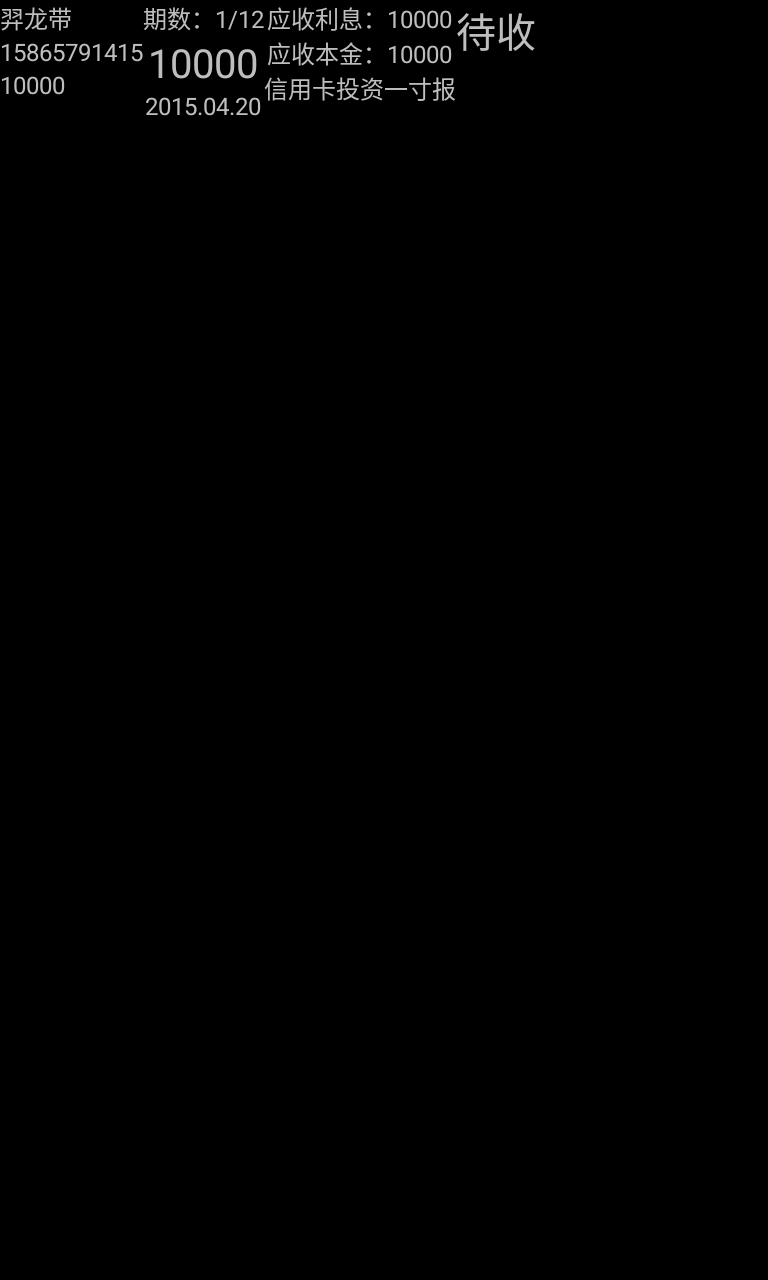
Repository: gongxinge/money-android
Layout: P2P/res/layout/billdetaillistitem.xml
The author's editor kept a copy of each file at every save. The layout is drawn from the files as they stood at one save, then again after the next save.
It is drawn on a 768 x 1280 px phone screen (xhdpi) without system bars, with theme android:Theme; the app's code is not run.

Above is the layout before, as saved 2015-06-02 14:49:18.

### P2P/res/layout/billdetaillistitem.xml
<?xml version="1.0" encoding="utf-8"?>
<LinearLayout xmlns:android="http://schemas.android.com/apk/res/android"
    android:layout_width="match_parent"
    android:layout_height="match_parent"
    android:orientation="horizontal" >

    <LinearLayout
        android:id="@+id/llCenter"
        android:layout_width="wrap_content"
        android:layout_height="wrap_content"
        android:orientation="vertical">"

        <TextView
            android:id="@+id/tvSiteName"
            android:layout_width="wrap_content"
            android:layout_height="wrap_content"
            android:text="羿龙带"
            android:textSize="12dp" />

        <TextView
            android:id="@+id/tvSiteUserName"
            android:layout_width="wrap_content"
            android:layout_height="wrap_content"
            android:text="15865791415"
            android:textSize="12dp" />

        <TextView
            android:id="@+id/tvTotalMoney"
            android:layout_width="wrap_content"
            android:layout_height="wrap_content"
            android:text="10000"
            android:textSize="12dp" />
    </LinearLayout>

    <LinearLayout
        android:id="@+id/llLeft"
        android:layout_width="wrap_content"
        android:layout_height="wrap_content"
        android:orientation="vertical" >

        <TextView
            android:id="@+id/tvPeriods"
            android:layout_width="wrap_content"
            android:layout_height="wrap_content"
            android:layout_gravity="center_horizontal"
            android:text="期数：1/12"
            android:textSize="12dp" />

        <TextView
            android:id="@+id/tvRecAll"
            android:layout_width="wrap_content"
            android:layout_height="wrap_content"
            android:layout_gravity="center_horizontal"
            android:text="10000"
            android:textSize="20dp" />

        <TextView
            android:id="@+id/tvRecDate"
            android:layout_width="wrap_content"
            android:layout_height="wrap_content"
            android:layout_gravity="center_horizontal"
            android:text="2015.04.20"
            android:textSize="12dp" />
    </LinearLayout>

    <LinearLayout
        android:id="@+id/llRight"
        android:layout_width="wrap_content"
        android:layout_height="wrap_content"
        android:orientation="vertical" >

        <TextView
            android:id="@+id/tvRecBenJin"
            android:layout_width="wrap_content"
            android:layout_height="wrap_content"
            android:layout_gravity="center_horizontal"
            android:text="应收利息：10000"
            android:textSize="12dp" />

        <TextView
            android:id="@+id/tvRecLiXi"
            android:layout_width="wrap_content"
            android:layout_height="wrap_content"
            android:layout_gravity="center_horizontal"
            android:text="应收本金：10000"
            android:textSize="12dp" />

        <TextView
            android:id="@+id/tvRemark"
            android:layout_width="wrap_content"
            android:layout_height="wrap_content"
            android:layout_gravity="center_horizontal"
            android:text="信用卡投资一寸报"
            android:textSize="12dp" />
    </LinearLayout>

    <LinearLayout
        android:id="@+id/linearLayout1"
        android:layout_width="wrap_content"
        android:layout_height="wrap_content"
        android:orientation="vertical" >

        <TextView
            android:id="@+id/tvState"
            android:layout_width="wrap_content"
            android:layout_height="wrap_content"
            android:text="待收"
            android:textSize="20dp" />

    </LinearLayout>

</LinearLayout>

After the next save:
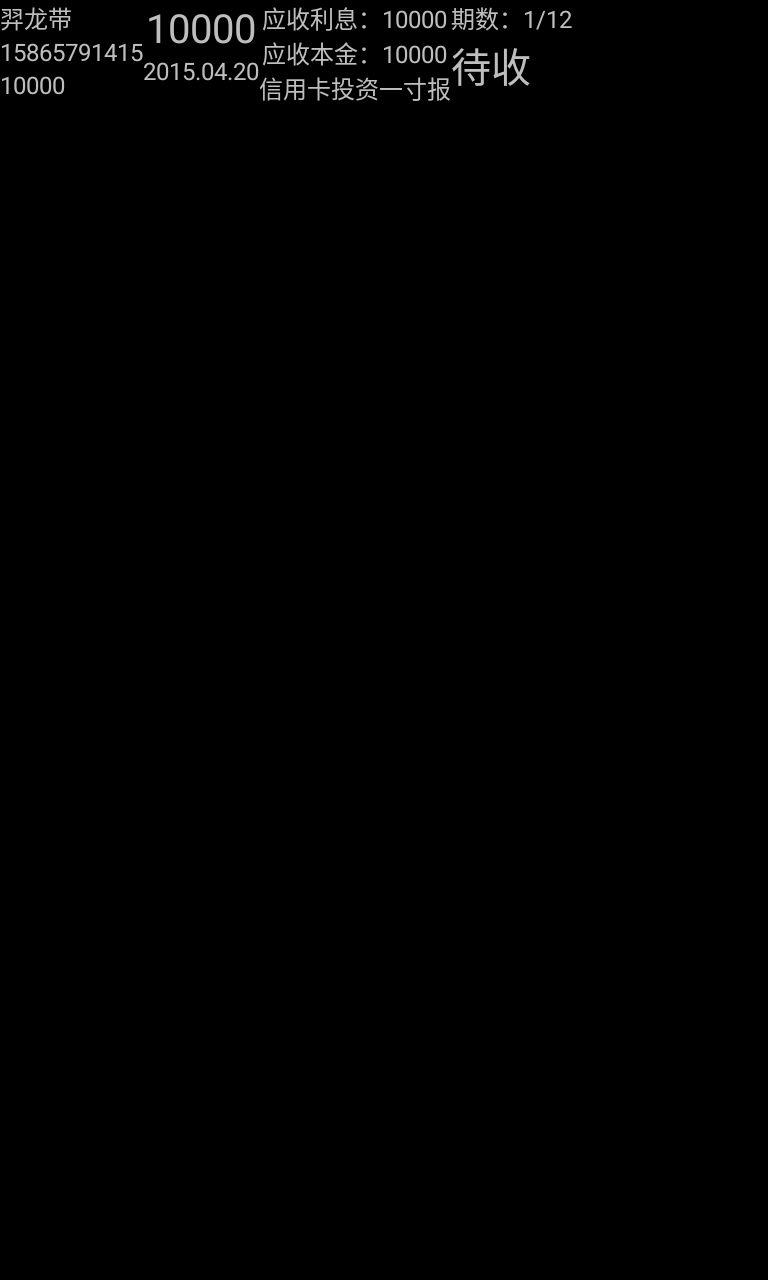
Saved 7 min 15 s later.
--- a/P2P/res/layout/billdetaillistitem.xml
+++ b/P2P/res/layout/billdetaillistitem.xml
@@ -37,14 +37,6 @@
         android:layout_width="wrap_content"
         android:layout_height="wrap_content"
         android:orientation="vertical" >
-
-        <TextView
-            android:id="@+id/tvPeriods"
-            android:layout_width="wrap_content"
-            android:layout_height="wrap_content"
-            android:layout_gravity="center_horizontal"
-            android:text="期数：1/12"
-            android:textSize="12dp" />
 
         <TextView
             android:id="@+id/tvRecAll"
@@ -94,11 +86,19 @@
             android:textSize="12dp" />
     </LinearLayout>
 
+
     <LinearLayout
         android:id="@+id/linearLayout1"
         android:layout_width="wrap_content"
         android:layout_height="wrap_content"
         android:orientation="vertical" >
+
+        <TextView
+            android:id="@+id/tvPeriods"
+            android:layout_width="wrap_content"
+            android:layout_height="wrap_content"
+            android:text="期数：1/12"
+            android:textSize="12dp" />
 
         <TextView
             android:id="@+id/tvState"
